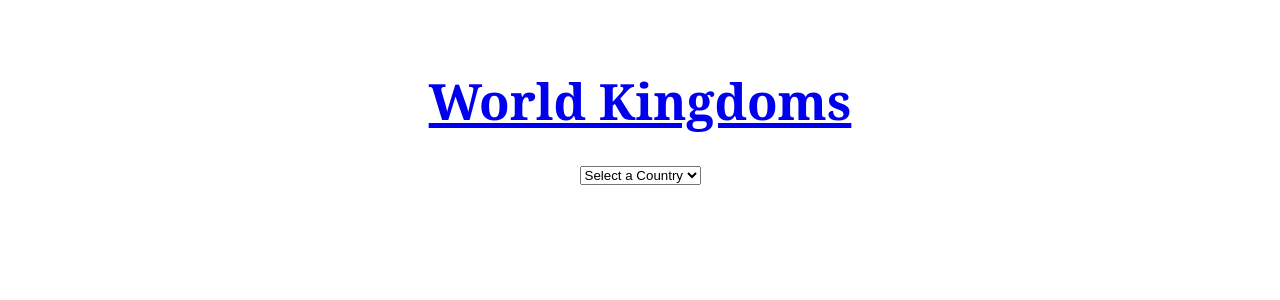
Repository: GloGlorGloria/COMP3170-lab7
Page: /
The author's editor kept a copy of each file at every save. The page is drawn from the files as they stood at one save, then again after the next save.
The browser window is 1280 px wide. The pictures show the whole page.
The page's requests for data from a server got no answer. The project was rebuilt for these pictures with package versions that can differ from the ones it lists, and the page was loaded fresh each time. No one was signed in, and anything a server would have sent is missing. Also part of the build but not shown: vite.config.js, src/components/Details.jsx.

Above is the page before, as saved 2024-11-24 02:12:16.

### index.html
<!doctype html>
<html lang="en">
  <head>
    <meta charset="UTF-8" />
    <link rel="icon" type="image/svg+xml" href="/Globe icon.png" />
    <meta name="viewport" content="width=device-width, initial-scale=1.0" />
    <title>World Kingdoms</title>
  </head>
  <body>
    <div id="root"></div>
    <script type="module" src="/src/main.jsx"></script>
  </body>
</html>

### src/index.css
:root {
  font-family: Inter, system-ui, Avenir, Helvetica, Arial, sans-serif;
  line-height: 1.5;
  font-weight: 400;

  color-scheme: light dark;
  color: rgba(255, 255, 255, 0.87);
  background-color: #242424;

  font-synthesis: none;
  text-rendering: optimizeLegibility;
  -webkit-font-smoothing: antialiased;
  -moz-osx-font-smoothing: grayscale;
}

h1 {
  font-size: 50px;
  font-family: Georgia, 'Times New Roman', Times, serif;
  line-height: 1.1;
}

h1:hover{
  color: #fe481f;
}

/* button {
  border-radius: 8px;
  border: 1px solid transparent;
  padding: 0.6em 1.2em;
  font-size: 1em;
  font-weight: 500;
  font-family: inherit;
  background-color: #1a1a1a;
  cursor: pointer;
  transition: border-color 0.25s;
} */
/* button:hover {
  border-color: #646cff;
}
button:focus,
button:focus-visible {
  outline: 4px auto -webkit-focus-ring-color;
} */

@media (prefers-color-scheme: light) {
  :root {
    color: #213547;
    background-color: #ffffff;
  }
  a:hover {
    color: #747bff;
  }
  button {
    background-color: #f9f9f9;
  }
}

### src/App.jsx
import { BrowserRouter, Routes, Route } from 'react-router-dom';
import Countries from './components/Countries';
import Details from './components/Details';
import './App.css'

function App() {
  return (
       <BrowserRouter>
          <Routes>
          <Route path="/" element={<Countries />}>
            <Route path="/countries/:cca2?" element={<Details />}>
            </Route>
          </Route>
        </Routes>
       </BrowserRouter>
  );
}

export default App

### src/components/Countries.jsx
import { useEffect, useState } from 'react';
import {useNavigate, NavLink, Outlet} from "react-router-dom";


export default function Countries() {
  const [countries, setCountries] = useState([]);
  const [selectedOption, setSelectedOption] = useState("Select a Country");
  const [fetchStatus, setFetchStatus] = useState('idle');
  const navigate = useNavigate();
  const isLoading = fetchStatus === 'loading';
  const isError = fetchStatus === 'error';

  useEffect(() => {
    async function fetchData() {
      try {
        setFetchStatus('loading');
        const response = await fetch('https://restcountries.com/v3.1/name/kingdom');
        if (!response.ok) {
          throw new Error ('Failed to fetch countries');
        }
        const data = await response.json();
        setCountries(data);
        setFetchStatus('idle');
        console.log(countries);
      } catch(e){
        setFetchStatus('error');
        console.error(e.message);
      }
    }
    fetchData();
  }, []);

  useEffect(() => {
    if (location.pathname === "/") {
      setSelectedOption("Select a Country");
    }
  }, [location]);


  const handleCountrySelect = (event) => {
    const countryName = event.target.value;
    setSelectedOption(countryName);

    if (countryName === "Select a Country") {
      navigate("/");
      return;
    }

    const selectedCountry = countries.find((country) => country.name.common === countryName);

    if (selectedCountry) {
    navigate(`/countries/${selectedCountry.cca2}`, { state: {selectedCountry} });
  }};

  return (
    <div>
      <h1>
        <NavLink
        to="/"
        onClick={() => setSelectedOption("Select a Country")}
        >World Kingdoms</NavLink>
      </h1>
      <div className='select_container'>
        <select value={selectedOption} onChange={handleCountrySelect} >
          <option>Select a Country</option>
          {countries.map((country, index) => (
            <option
            key={index}
            value={country.name.common}
            >
            {country.name.common}
            </option>
          ))}
        </select>
      </div>

      <Outlet/>
      </div>
    );
  };

Loaded but not shown: src/main.jsx (common file); src/App.css (common file)

After the next save:
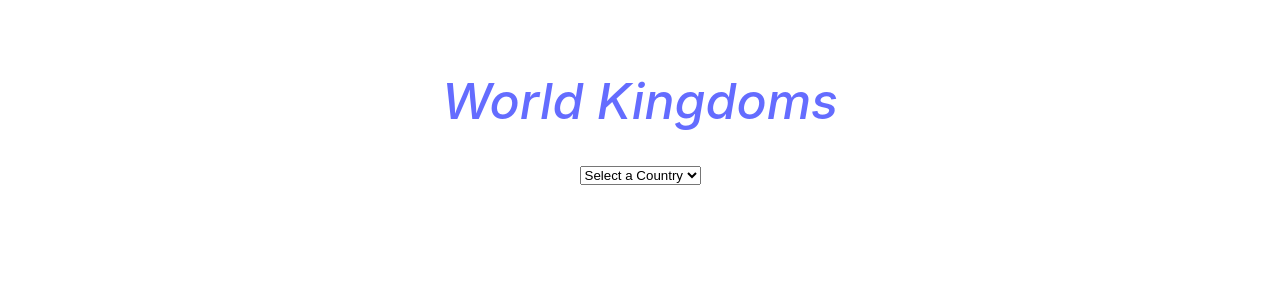
Saved 12 s later.
--- a/src/index.css
+++ b/src/index.css
@@ -13,14 +13,25 @@
   -moz-osx-font-smoothing: grayscale;
 }
 
+a {
+  font-weight: 500;
+  color: #646cff;
+  text-decoration: inherit;
+}
+a:hover {
+  color: #535bf2;
+}
+
+
 h1 {
   font-size: 50px;
-  font-family: Georgia, 'Times New Roman', Times, serif;
+  font-style: italic;
+  font-weight: 900;
   line-height: 1.1;
 }
 
 h1:hover{
-  color: #fe481f;
+  color: #535bf2;
 }
 
 /* button {
